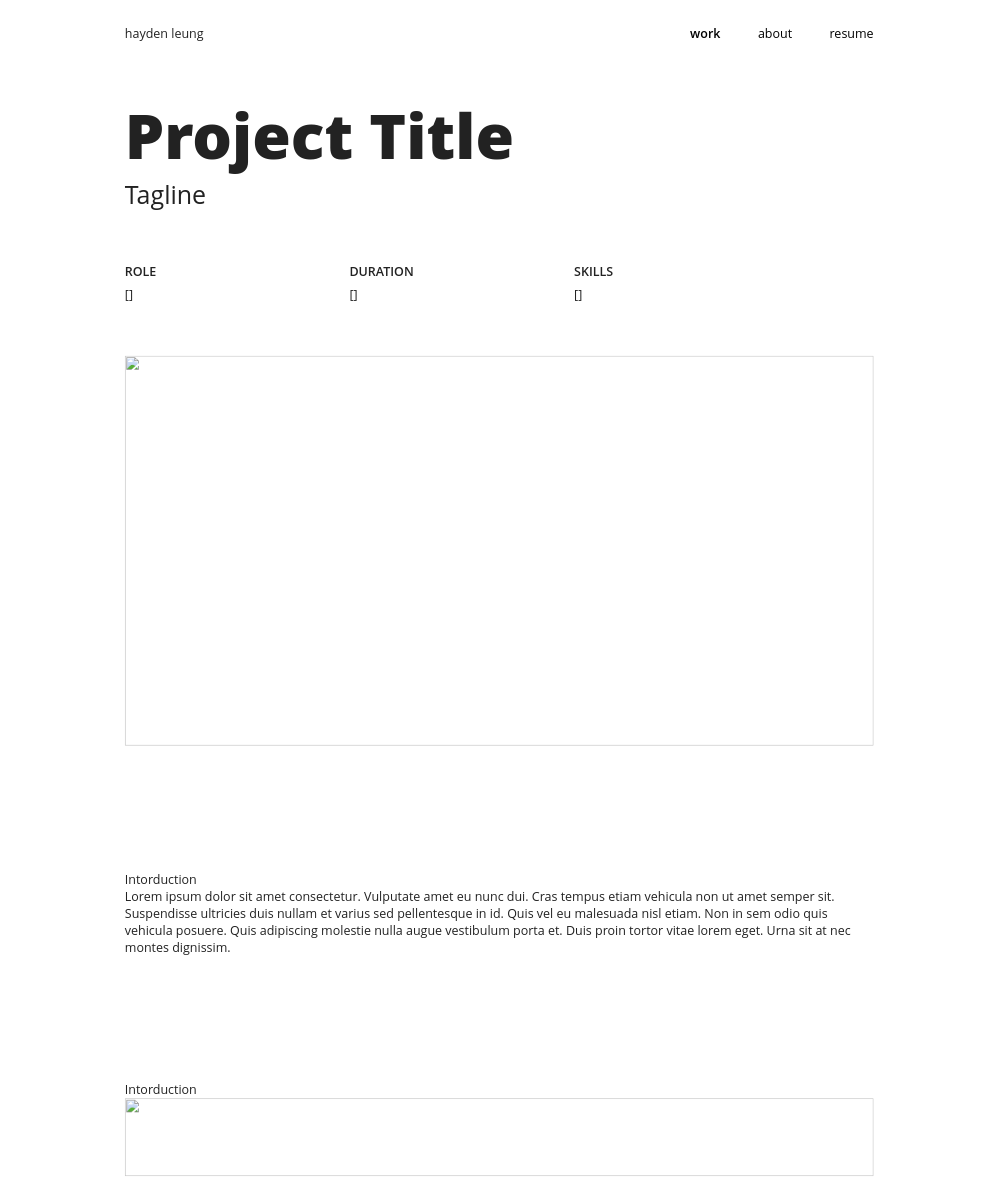
Repository: Haydenleung/Artifact
Page: /
An editor plug-in stored every save of this project. The page is shown before and after the next save, followed by the edit.
The browser window is 1280 px wide. The pictures show the whole page, at 78% of full size.
The project was rebuilt for these pictures with package versions that can differ from the ones it lists, and the page was loaded fresh each time. The framework's server and built-in components were replaced by stand-ins that run in the browser. Also part of the build but not shown: next.config.mjs.

Above is the page before, as saved 2024-01-29 00:06:54.

### src/pages/index.tsx
import Image from "next/image";
import Navbar from "@/components/Navbar";
import CaseStudy from "@/components/CaseStudy";

export default function Home() {
  return (
    <main className={"page"}>
      <Navbar />
      <div className={"caseStudy"}>
        <CaseStudy />
      </div>
    </main>
  )
}

### src/styles/globals.css
/* ==========================================================================
    [Table of contents]

    1. BASE
        1.1 Page Rendering Defaults
        1.2 Core Styling
        1.3 Typography
    2. LAYOUT
        2.1 Core Layout
        2.2 Small only
        2.3 medium and up
        2.4 Medium only
        2.5 large screens and up
    3. UTILITY classes
    4. PRINT

    ========================================================================== */

/* ==========================================================================
   BASE
   ========================================================================== */

/* 1.1 Page Rendering Defaults */

html {
  color: #222;
  font-size: 1em;
}

::-moz-selection {
  background: #b3d4fc;
  text-shadow: none;
}

::selection {
  background: #b3d4fc;
  text-shadow: none;
}

audio,
canvas,
iframe,
i,
img,
svg,
video {
  vertical-align: middle;
}

fieldset {
  border: 0;
  margin: 0;
  padding: 0;
}

textarea {
  resize: vertical;
}

/* 1.2 Core Styling */

/* refer to https://css-tricks.com/box-sizing/ */

*,
*:before,
*:after {
  box-sizing: border-box;
}

img {
  width: 100%;
}

/* 1.3 Typgraphy */

@import url('https://fonts.googleapis.com/css2?family=Open+Sans:ital,wght@0,300;0,400;0,500;0,600;0,700;0,800;1,300;1,400;1,500;1,600;1,700;1,800&display=swap');

h1,
h2,
h3,
h4,
h5,
h6 {
  font-weight: 400;
  /* text-align: center; */
  margin: 0;
}

h1 {
  font-size: 60pt;
  font-weight: 200;
}

h2 {
  font-size: 16pt;
}

h4 {
  font-size: 9pt;
}

h5 {
  font-size: 8pt;
}

* {
  font-family: 'Open Sans', sans-serif;
}


/* ==========================================================================
 2. LAYOUT
 ========================================================================== */

/* Helper to display empty layout containers*/

div,
main,
section,
footer,
header {
  /* outline: 1px solid #ccc; */
}

body {
  padding: 0;
  margin: 0;
}

/* 2.1 Core layout */

.row {
  display: grid;
  row-gap: 1rem;
}

.col {
  position: relative;
}

.page {
  display: flex;
  flex-direction: column;
  justify-content: center;
  align-items: center;
}

.caseStudy {
  width: 100%;
  padding: 2rem 10rem;
}

/* Navbar */

/* 2.2 Small only */

@media screen and (max-width: 39.9375em) {}

/* 2.3 medium and up */

@media screen and (min-width: 40em) {}

/* 2.4 Medium only */

@media screen and (min-width: 40em) and (max-width: 63.9375em) {}

/* 2.5 large screens and up 2.6 Large only */

/* @media screen and (min-width: 64em) {

} */

### src/components/Navbar/index.tsx
import styles from './navbar.module.css'
import Image from 'next/image'
import Link from 'next/link'
import { useState } from 'react'

export default function Navbar() {

    const [isPage, setIsPage] = useState("Work");

    return (
        <div className={styles.container}>
            <div className={styles.logo}>hayden leung</div>
            <div className={styles.pages}>
                <Link href="/" className={isPage === "Work" ? styles.bold : styles.normal}>work</Link>
                <Link href="/" className={isPage === "about" ? styles.bold : styles.normal}>about</Link>
                <Link href="/" className={isPage === "resume" ? styles.bold : styles.normal}>resume</Link>
            </div>
        </div>
    )
}

### src/components/CaseStudy/index.tsx
import Image from "next/image"
import styles from './casestudy.module.css'

export default function CaseStudy() {
    return (
        <div className={styles.project}>
            <div className={styles.titleSection}>
                <h1 className={styles.projetTitle}>Project Title</h1>
                <h3 className={styles.projectTag}>Tagline</h3>
                <div className={styles.projectInfo}>
                    <div>ROLE
                        <div>[]</div>
                    </div>
                    <div>DURATION
                        <div>[]</div>
                    </div>
                    <div>SKILLS
                        <div>[]</div>
                    </div>
                </div>
                <Image src="/" alt="" width={100} height={500} className={styles.projectCover} />
            </div>
            <div className={styles.introduction}>
                <div className={styles.introTitle}>Intorduction</div>
                <div className={styles.introBody}>Lorem ipsum dolor sit amet consectetur. Vulputate amet eu nunc dui. Cras tempus etiam vehicula non ut amet semper sit. Suspendisse ultricies duis nullam et varius sed pellentesque in id. Quis vel eu malesuada nisl etiam. Non in sem odio quis vehicula posuere. Quis adipiscing molestie nulla augue vestibulum porta et. Duis proin tortor vitae lorem eget. Urna sit at nec montes dignissim.</div>
            </div>
            <div className={styles.process}>
                <div className={styles.processTitle}>Intorduction</div>
                <Image src="/" alt="" width={100} height={100} />
            </div>
        </div>
    )
}

### src/components/Navbar/navbar.module.css
.container {
    /* background-color: lightgrey; */
    padding: 0.5rem;
    width: 100%;
    padding: 2rem 10rem;
    display: flex;
    flex-direction: row;
    justify-content: space-between;
    position: sticky;
    min-height: 44px;
}

.logo {}

.pages {
    display: flex;
    flex-direction: row;
    gap: 3rem;
}

.bold {
    font-weight: 600;
    color: black;
    text-decoration: none;
}

.normal {
    color: black;
    text-decoration: none;
}

### src/components/CaseStudy/casestudy.module.css
.project {
    display: flex;
    flex-direction: column;
    gap: 10rem;
}

.projetTitle {
    font-weight: 800;
}

.projectTag {
    font-size: 24pt;
    font-weight: 400;
}

.projectInfo {
    display: flex;
    flex-direction: row;
    padding: 4rem 0;
}

.projectInfo>div {
    width: 30%;
    font-weight: 600;
    line-height: 180%;
}

.projectInfo>div>div {
    width: 30%;
    font-weight: 400;
    line-height: 180%;
}

Loaded but not shown: src/pages/_app.tsx (common file); src/pages/_document.tsx (common file); src/pages/api/hello.ts (common file)

After the next save:
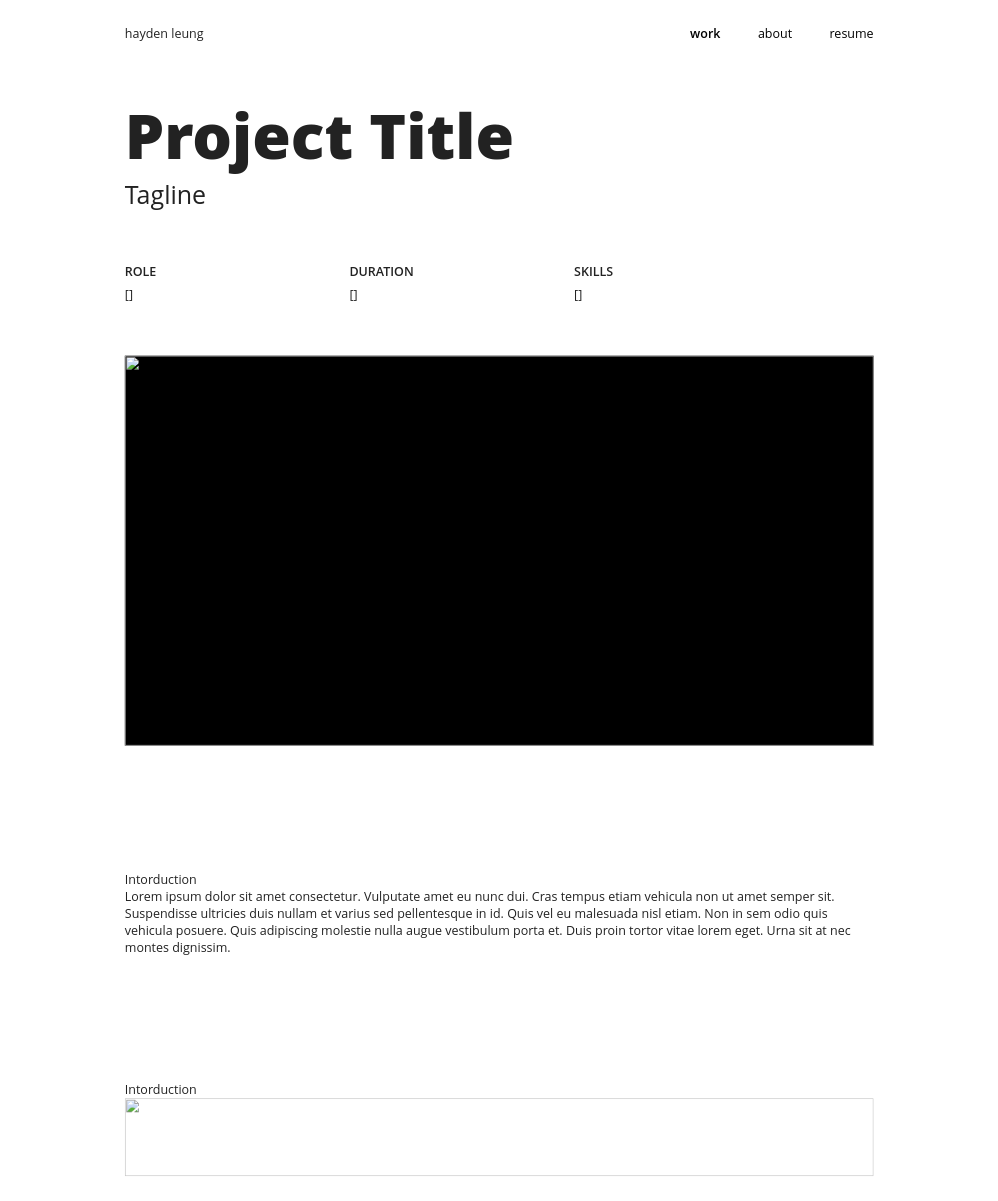
Saved 7 s later.
--- a/src/components/CaseStudy/casestudy.module.css
+++ b/src/components/CaseStudy/casestudy.module.css
@@ -30,3 +30,7 @@
     font-weight: 400;
     line-height: 180%;
 }
+
+.projectCover {
+    background-color: black;
+}
